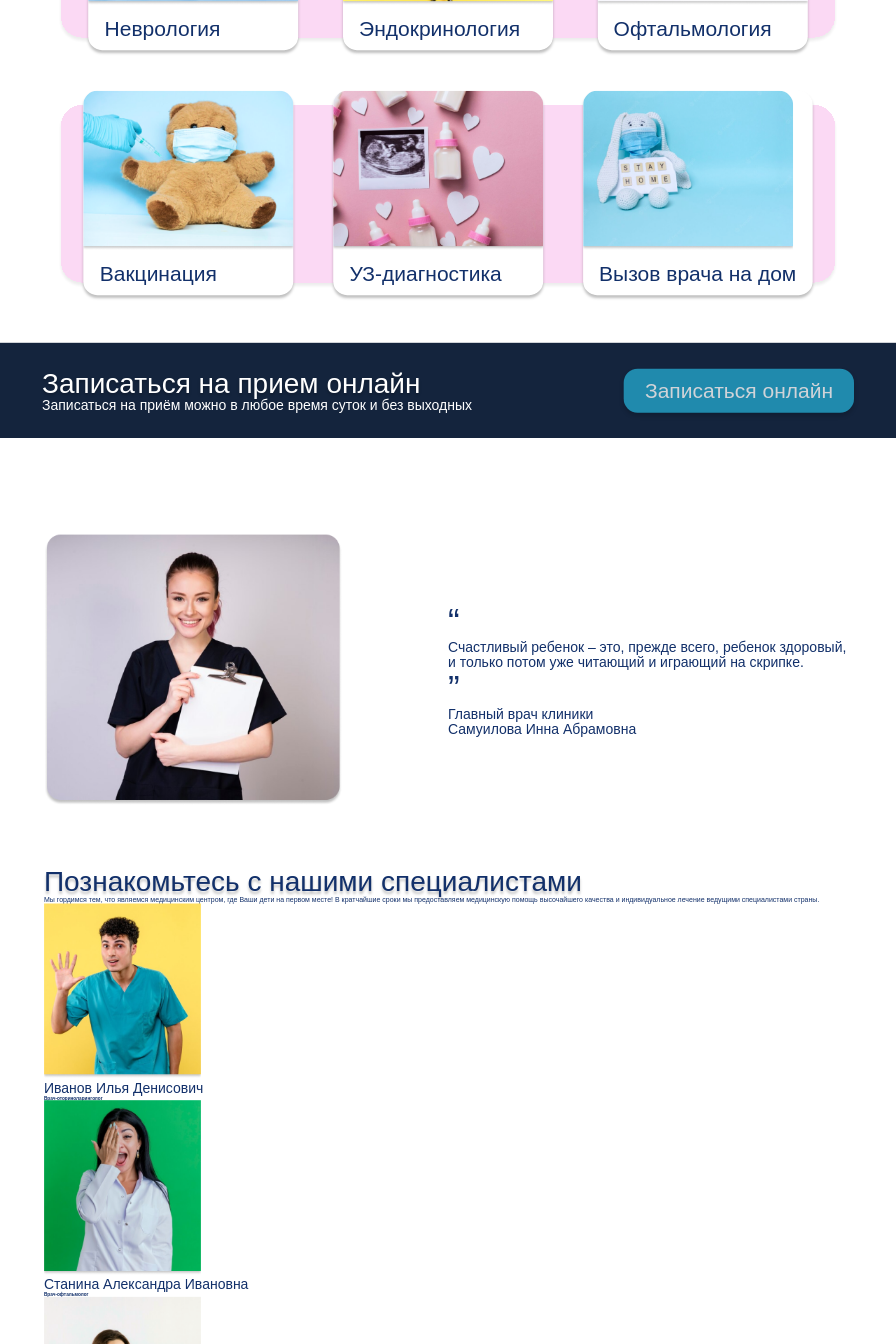
Repository: Normandy72/Landing-Page-Happy-Child
Page: index.html
An editor plug-in stored every save of this project. The page is shown before and after the next save, followed by the edit.
The browser window is 1280 px wide. The pictures show the part of the page from y = 2174 to 4094 px (the page is 8064 px tall), at 70% of full size.
Some web fonts or font styles are not loaded; a fallback is used.

Above is the page before, as saved 2022-11-12 14:26:41.

After the next save:
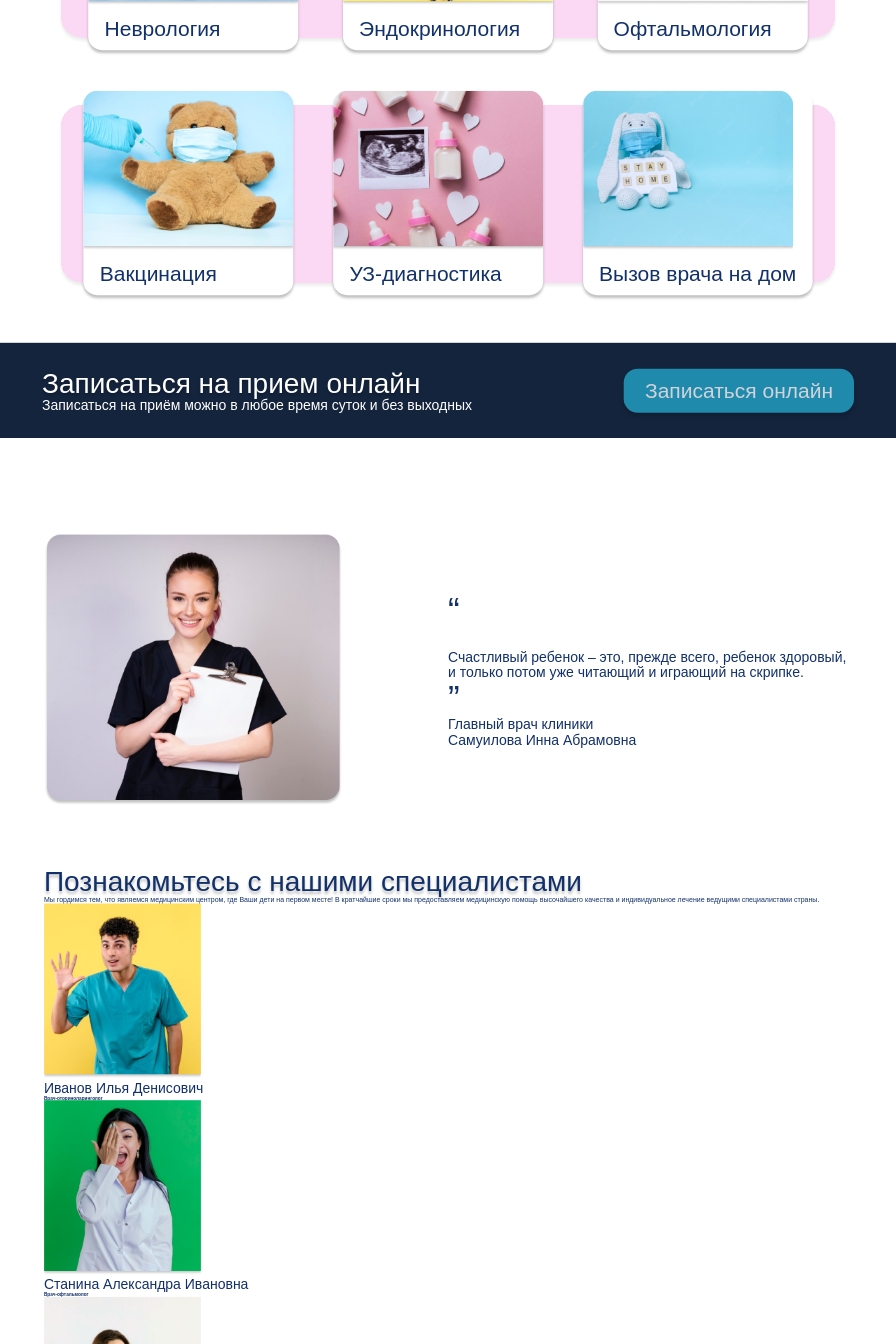
Saved 26 s later.
--- a/styles/section_chief.css
+++ b/styles/section_chief.css
@@ -15,6 +15,10 @@
     width: 50%;
 }
 
+.text__lines:nth-child(1){
+    padding-bottom: 30px;
+}
+
 .text__lines:nth-child(2){
     padding-top: 30px;
 }
